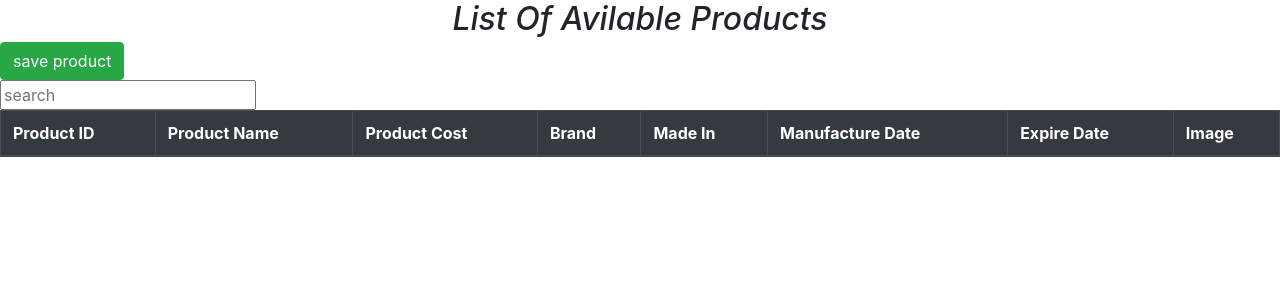
Repository: kamisettiprasanna/AdvJavaPrograms
Page: http://localhost/ProductManagementApp/productList.jsp
These files come from the project's save history. The page is drawn as it stood at one moment and after the next save; the edit follows.
The browser window is 1280 px wide. The pictures show the whole page.
The page is served by Tomcat 9. Queries for data that is not in the repository find no rows.

Above is the page before, as saved 2024-03-06 06:44:10.

After the next save:
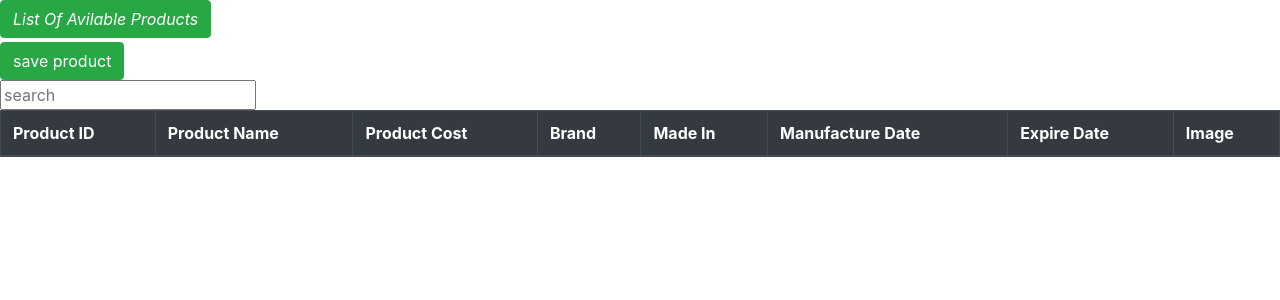
Saved 95 s later.
--- a/ProductManagementApp/src/main/webapp/productList.jsp
+++ b/ProductManagementApp/src/main/webapp/productList.jsp
@@ -14,7 +14,7 @@
 </head>
 <body>
 <div>
-        <h2 class="text-center font-italic mb-1">List Of Avilable Products  </h2>
+        <h2 class="text-center font-italic mb-1 btn btn-success">List Of Avilable Products  </h2>
     </div>
 
    <div>
